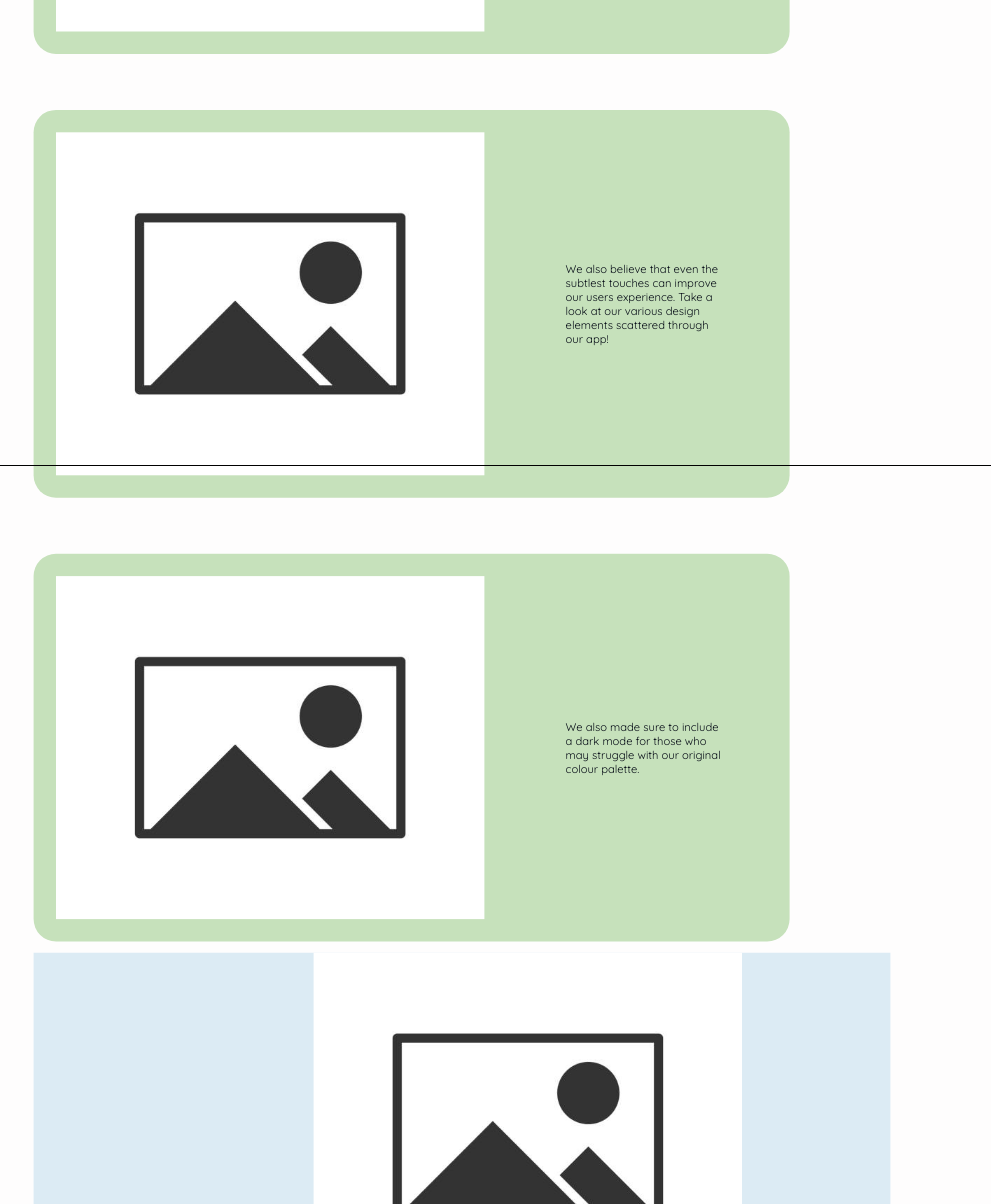
Repository: AlyssaHug/MoolahMate-A5Styleguide
Page: logos.html
The author's editor kept a copy of each file at every save. The page is drawn from the files as they stood at one save, then again after the next save.
The browser window is 1280 px wide. The page is 1416 px wide, so the pictures cover 1416 px, including what lies to the right of the window. The pictures show the part of the page from y = 4780 to 6500 px (the page is 7173 px tall before and 7333 px after), at 70% of full size.

Above is the page before, as saved 2025-03-31 12:43:26.

### logos.html
<!DOCTYPE html>
<html lang="en">
<head>
    <meta charset="UTF-8">
    <meta name="viewport" content="width=device-width, initial-scale=1.0">
    <title>CashFlow - App StyleGuide</title>
    <link rel="stylesheet" href="styles.css">
    <link rel="stylesheet" href="Logo-styles.css">
    <link rel="preconnect" href="https://fonts.googleapis.com">
<link rel="preconnect" href="https://fonts.gstatic.com" crossorigin>
<link href="https://fonts.googleapis.com/css2?family=Libre+Franklin:ital,wght@0,100..900;1,100..900&family=Quicksand:wght@300..700&display=swap" rel="stylesheet">
<header class="nav">
    <ul class="navbar">
        <li class="navbar__item"><a href="home.html">Home</a></li>
        <li class="navbar__item active"><a href="logos.html">Logos</a></li>
        <li class="navbar__item"><a href="colors.html">Colors</a></li>
        <li class="navbar__item"><a href="typography.html">Typography and Components</a></li>
        <li class="navbar__item"><a href="references.html">References</a></li>
    </ul>
</header>
</head>
<body class="page-content">
    <h1 class="page__title">Our Logos </h1>
<div class = "rationale">
    <div class="rationale__why">
        <h2 class="rationale__title">Why our logo?</h2>
        <p class="rational__why-1">
            We chose a cow logo to help represent both our name and to help foster and create a welcoming environment for users </p>
        <p class="rational__why-2">
            Cows are also a symbol of prosperity and abundance, which is something we also wish for users to experience and achieve!
        </p>
        <p class="rational__why-3">
            MooMoo is a friend to all! Lazy yet playful, this hungry little fellow loves accompanying you and helping with all your financial needs!
        </p>
    </div>
    <img class="title__image" src="images/mistermoomoonotext.svg" alt="">
</div>
<div class="logos">
    <h2 class="logo__title">Our logos:</h2>
    <div class="logo__drawings">
        <ul class="logo__drawings-list">
            <li class="logo-1">
                <p class="logo-text">Full Colour Logo</p>
                <img class="moomoo-1" src="images/placeholder.jpg" alt="">
            </li>
            <li class="logo-2">
                <p class="logo-text">Black and White</p>
                <img class="moomoo-2" src="images/placeholder.jpg" alt="">
            </li>
            <li class="logo-3">
                <p class="logo-text">Greyscale</p>
                <img class="moomoo-3" src="images/placeholder.jpg" alt="">
            </li>
            <li class="logo-4">
                <p class="logo-text">Monochromatic</p>
                <img class="moomoo-4" src="images/placeholder.jpg" alt="">
            </li>
            <li class="logo-5">
                <p class="logo-text">Horizontal Version</p>
                <img class="moomoo-5" src="images/placeholder.jpg" alt="">
            </li>
            <li class="logo-6">
                <p class="logo-text">Stacked/Vertical Version</p>
                <img class="moomoo-6" src="images/placeholder.jpg" alt="">
            </li>
        </ul>
    </div>
</div>
<div class="favicon__bg">
    <h2 class="favicon__title">Favicon Variations</h2>
        <div class="favicon">
                <img class="moomoo-7" src="images/placeholder.jpg" alt="">
                <div class="moomoo-7-variation">
                    <ul class="variations">
                        <li>
                            <p class="variation__text">16 by 16 pixels</p>
                            <img class="moomoo-7-variation-1" src="images/placeholder.jpg" alt="">
                        </li>
                        <li>
                            <p class="variation__text">32 by 32 pixels</p>
                            <img class="moomoo-7-variation-2" src="images/placeholder.jpg" alt="">
                        </li>
                        <li>
                            <p class="variation__text">48 by 48 pixels</p>
                            <img class="moomoo-7-variation-3" src="images/placeholder.jpg" alt="">
                        </li>
                    </ul>
                </div>
            </li>
    </div>
</div>

    <h1 class="graphics-and-icons__title">Graphics and Icons</h1>
    <ul class="graphics-and-icons-list">
        <li class="graphics-and-icons__1">
            <img class= "graphics-and-icons__img1" src="images/placeholder.jpg">
            <p class="graphics-and-icons__text1">
                With our imagery and icons, we strived for designs that were accessible and inclusive to everyone who used our app. We wanted to use simple icons that were universally known and understood.
            </p>
        </li >
        <li class="graphics-and-icons__2">
            <img class= "graphics-and-icons__img2" src="images/placeholder.jpg">
            <p class="graphics-and-icons__text2">
                We chose Iconduck to help use create a clean and organized Navbar for our users!
            </p>
        </li>
        </ul>
        <ul class="graphics-and-icons__list2">
        <li class="graphics-and-icons__3">
            <img class= "graphics-and-icons__img3" src="images/placeholder.jpg">
            <p class="graphics-and-icons__text3">
                Here are some of the icons found in our app! We believe in both simple and playful designs that engage the user!
            </p>
        </li>
        <li class="graphics-and-icons__4">
            <img class= "graphics-and-icons__img4" src="images/placeholder.jpg">
            <p class="graphics-and-icons__text4">
                We also believe that even the subtlest touches can improve our users experience. Take a look at our various design elements scattered through our app!
            </p>
        </li>
        <li class="graphics-and-icons__5">
            <img class= "graphics-and-icons__img5" src="images/placeholder.jpg">
            <p class="graphics-and-icons__text5">
                We also made sure to include a dark mode for those who may struggle with our original colour palette.
            </p>
        </li>
    </ul>


    <ul class="graphics-and-icons_pt2">
        <li class="graphics-and-icons__6">
            <img class= "graphics-and-icons__img6" src="images/placeholder.jpg">
            <p class="graphics-and-icons__text6">
                We chose the imagery and icons in our app due to both their inclusivity and accessibility. The icons are simple and understandable for our users, after all, expenses and banking are already difficult as is. We wanted something all users would be able to navigate and use with ease to ensure security and trust in our app. We made sure our icons and image sizing were just right for everyone. We also did various tests with our colours to make sure the contrast was right for all users.
            </p>
        </li>
        <li class="graphics-and-icons__7">
            <img class= "graphics-and-icons__img7" src="images/placeholder.jpg">
            <p class="graphics-and-icons__text7">
                We chose to keep our app simple, clean, and calming to meet the needs and preferences of our users. Privacy, complexity, and a lack of accessibility are all problems many people face with expense apps, and we aimed to eliminate these issues. Our clean designs, stable colours and straightforward imagery all foster a welcoming and inclusive user experience.
            </p>
        </li>
    </ul>


</body>
</html>

### styles.css
html {
    font-family: "Quicksand", "Libre Franklin";
    color: #090F19;
    background-color: #FEFDFD;
}

.navbar{
    position: fixed;
    top: 0;
    left: 0;
    width: 105%;
    list-style-type: none;
    margin-top: -10px;
    padding: 0;
    padding-top: 10px;
    overflow: hidden;
    background-color: #ACD39D;
    box-shadow: 0 4px 4px #01430e61;
}
.navbar__item {
    float: left;
    text-align: center;
}

li a {
    display: block;
    padding: 24px 16px;
     color: #090F19;
    text-decoration: none;
    font-weight: bold;
    font-size: 20px;
}
li a:hover {
    color: #FEFDFD;
    background-color: #445063;
}
.active {
    background-color: #C6E1BB;
    color: #526F53;
}
.page-title {
font-size: 60px;
text-align: center;
}
.page-content {
    padding-top: 60px;
}
h3 {
    font-size: 32px;
    margin-bottom: -10px;
}
.page-footer {
    padding-top: 5px;
    padding-bottom: 6px;
    text-align: center;
    background-color: #F3F9F0;
    box-shadow: 0 -4px 4px #0000003b;
    width: 105%;
    margin-left: -10px;
}

### Logo-styles.css
html {
    background-color: #FEFDFD;
}


.page__title {
    text-align: center;
    font-size: 4em;
    color: #152916;
}

.rationale {
    display: flex;
    background-image: url(https://static.vecteezy.com/system/resources/previews/007/075/892/non_2x/meadow-grass-meadow-background-grassy-landscape-free-vector.jpg);
    background-position: center;
    background-repeat: no-repeat;
    background-size: cover;
    border-radius: 2em;
    align-items: center;
    justify-content: center;
    margin: 0 auto;
    gap: 20px;
    max-width: 90em;
}

.rationale__why {
flex: 1;
margin-left: 4em;
}

.rationale__title {
  font-size: 2.5em;
  text-decoration: underline;
  color: #4b5961;
}

.title__image {
    max-width: 30%;
    margin-top: 10em;
    margin-bottom: 5em;
    margin-right: 10em;
}

.rational__why-1, .rational__why-2, .rational__why-3 {
    color: #0c1421;
}


.logo__drawings-list {
    display: flex;
    flex-wrap: wrap;
    gap: 40px 20px;
    list-style: none;
    padding: 0;
    margin-left: 8em;
    margin-right: 5em;
}

.logo__drawings-list li {
    flex: 1 1 auto;
    max-width: 200px;
    text-align: center;
}

.moomoo-1, .moomoo-2, .moomoo-3, .moomoo-4, .moomoo-5, .moomoo-6 {
    max-width: 100%;
}

.logo-1, .logo-2, .logo-3, .logo-4, .logo-5, .logo-6 {
    font-size: 1.5em;
    background-color: #acd39d;
    padding: 90px;
    border-radius: 8px;
    text-align: center;
}

.logos {
    margin-left: 4em;
    margin-top: 7em;
    margin-bottom: 10em;
}


.logo__title {
    font-size: 2.5em;
    color:  #152916;
}

 .logo-text {
 margin-top: -2em;
 margin-bottom: 2em;
 color: #37502d;
}

.variations {
    display: flex;
    flex-wrap: nowrap;
    gap: 2px;
    list-style: none;
    padding: 0;
    margin: 0;
    justify-content: flex-start;
    align-items: center;
    margin-left: 12em;
}

.variations li p {
    color: #445063;
}

.favicon__title {
    font-size: 2.5em;
    color:  #152916;
    margin-left: 15em;
    margin-bottom: 0.5em;
    text-decoration: underline;
}

.variations img {
    max-width: 50%;
}

.moomoo-7 {
    margin-left: 30em;
    margin-bottom: 3em;
}

.favicon__bg {
    background-color: #dcebf4;
    padding-top: 5em;
    padding-bottom: 5em;
    border-radius: 2em;
}

.variation__text {
    margin-left: 3em;
}

.graphics-and-icons-list {
    display: grid;
    grid-template-columns: auto auto;
    list-style: none;
    gap: 3em;
}

.graphics-and-icons-list li p {
    margin-right: 3em;
    color: #48693b;
    text-align: center;
}

.graphics-and-icons-list li {
    background-color:#d9ebd1;
    padding-left: 3em;
    border-radius: 2em;
}

.graphics-and-icons__title {
    font-size: 2.5em;
    margin-left: 3em;
    margin-top: 4em;
    color:  #152916;
}

.graphics-and-icons-list li img {
    margin-top: 2em;
}

.graphics-and-icons__3, .graphics-and-icons__4, .graphics-and-icons__5{
    display: flex;
    border-radius: 2em;
    align-items: center;
    justify-content: center;
    margin: 0 auto;
    gap: 20px;
    max-width: 90em;
    margin-right: 9em;
}

.graphics-and-icons__list2 li {
    background-color:#c6e1bb;
    margin-top: 5em;
    padding-top: 2em;
    padding-bottom: 2em;
}

.graphics-and-icons__list2 li p {
    margin-right: 6em;
    margin-left: 6em;
    color: 48693b;
}

.graphics-and-icons__list2 li img {
   margin-left: 2em;
}

.graphics-and-icons_pt2 {
    list-style: none;
}

.graphics-and-icons_pt2 p {
    text-align: center;
    margin-top: -4em;
    margin-left: 4em;
    margin-right: 4em;
}

.graphics-and-icons_pt2 img {
    margin-left: 25em;
    max-width: 50%;
}


.graphics-and-icons__6, .graphics-and-icons__7 {
    background-color: #dcebf4;
}

After the next save:
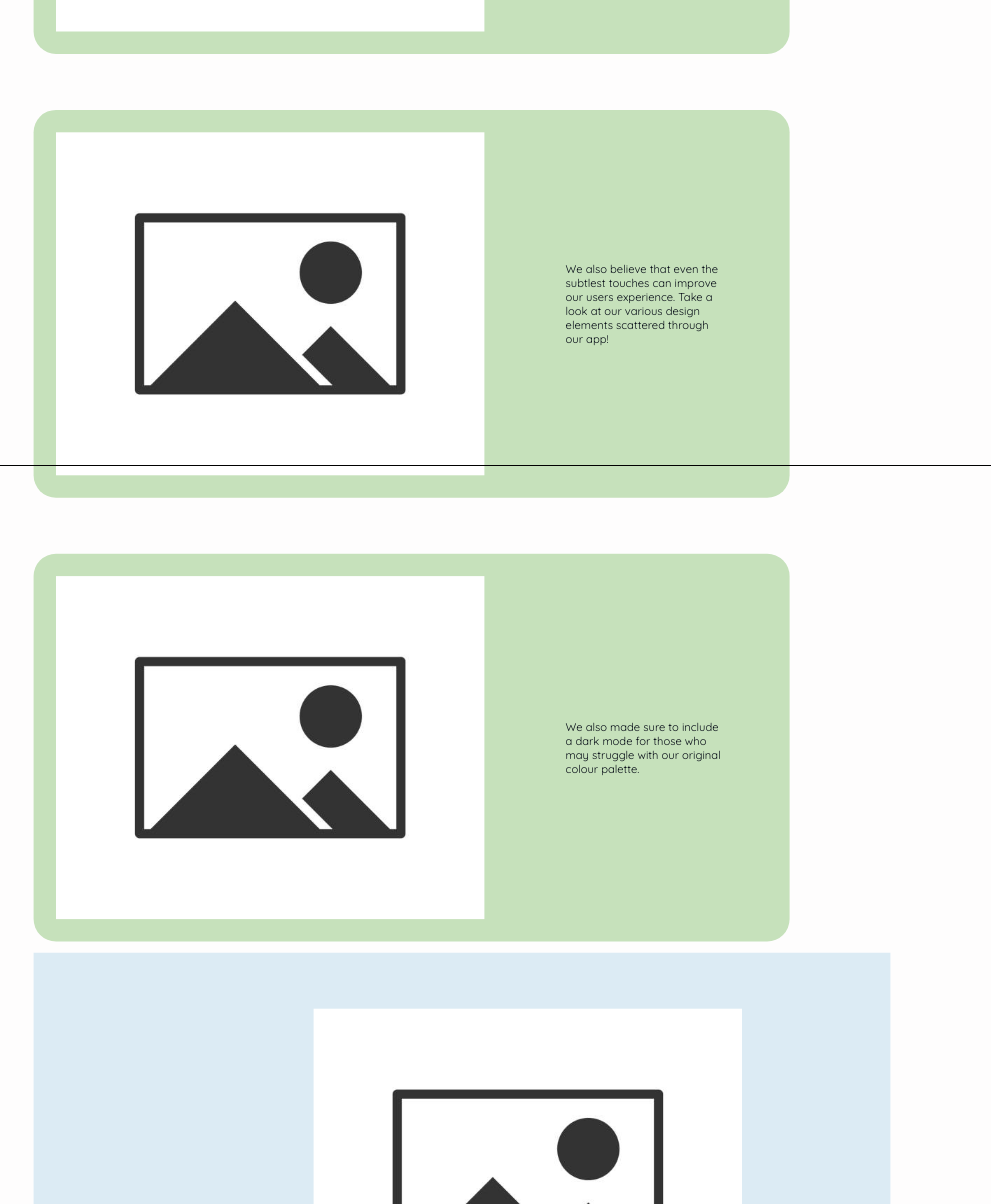
Saved 10 s later.
--- a/Logo-styles.css
+++ b/Logo-styles.css
@@ -213,4 +213,5 @@
 
 .graphics-and-icons__6, .graphics-and-icons__7 {
     background-color: #dcebf4;
-}
+    padding-top: 5em;
+}
